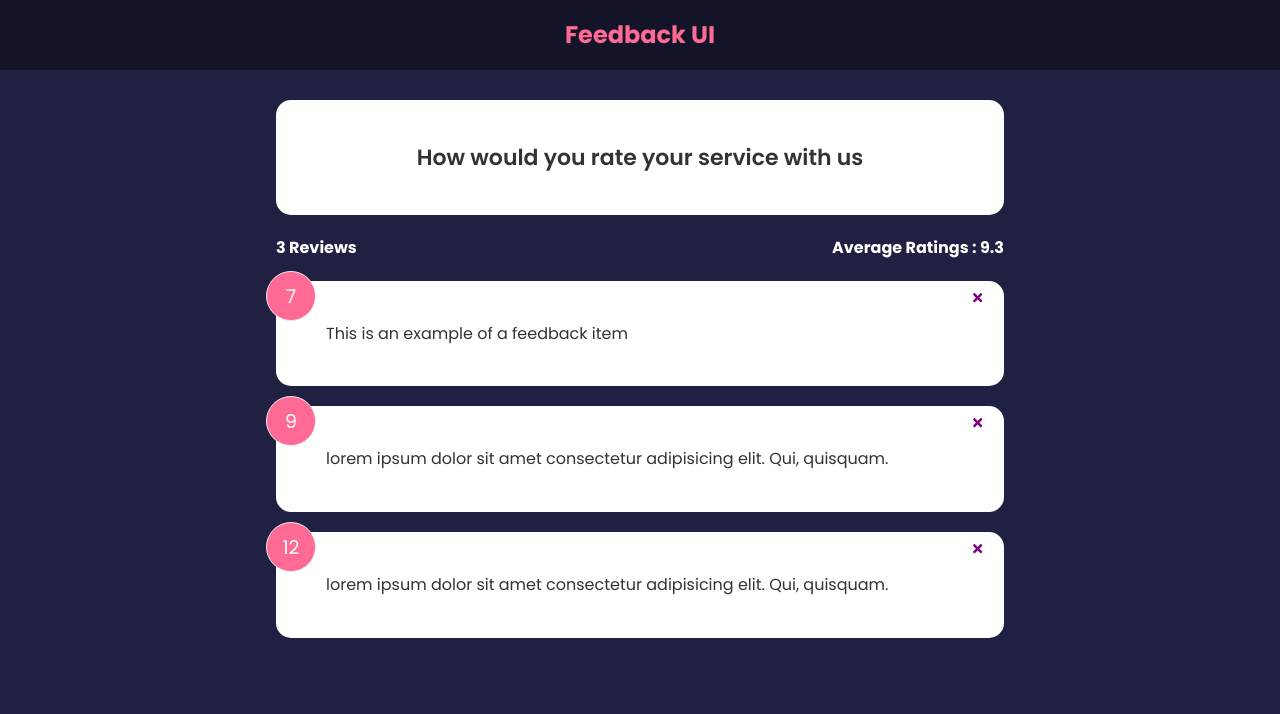
Repository: bayorwor/feedbackapp
Page: /
An editor plug-in stored every save of this project. The page is shown before and after the next save, followed by the edit.
The browser window is 1280 px wide. The pictures show the whole page.
The project was rebuilt for these pictures with package versions that can differ from the ones it lists, and the page was loaded fresh each time.

Above is the page before, as saved 2022-01-30 19:12:16.

After the next save:
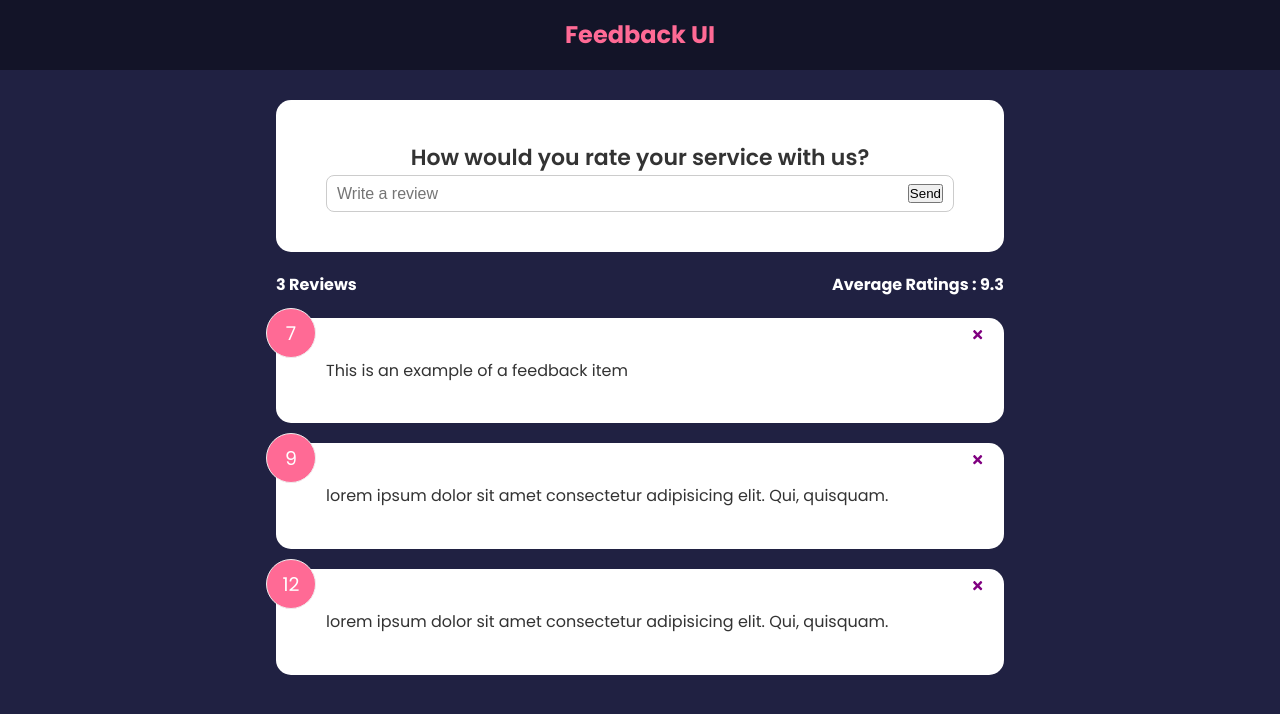
Saved 2 min 8 s later.
--- a/src/components/FeedbackForm.jsx
+++ b/src/components/FeedbackForm.jsx
@@ -5,7 +5,11 @@ function FeedbackForm() {
   return (
     <Card>
       <form>
-        <h2>How would you rate your service with us</h2>
+        <h2>How would you rate your service with us?</h2>
+        <div className="input-group">
+          <input type="text" placeholder="Write a review" />
+          <button type="submit">Send</button>
+        </div>
       </form>
     </Card>
   );
